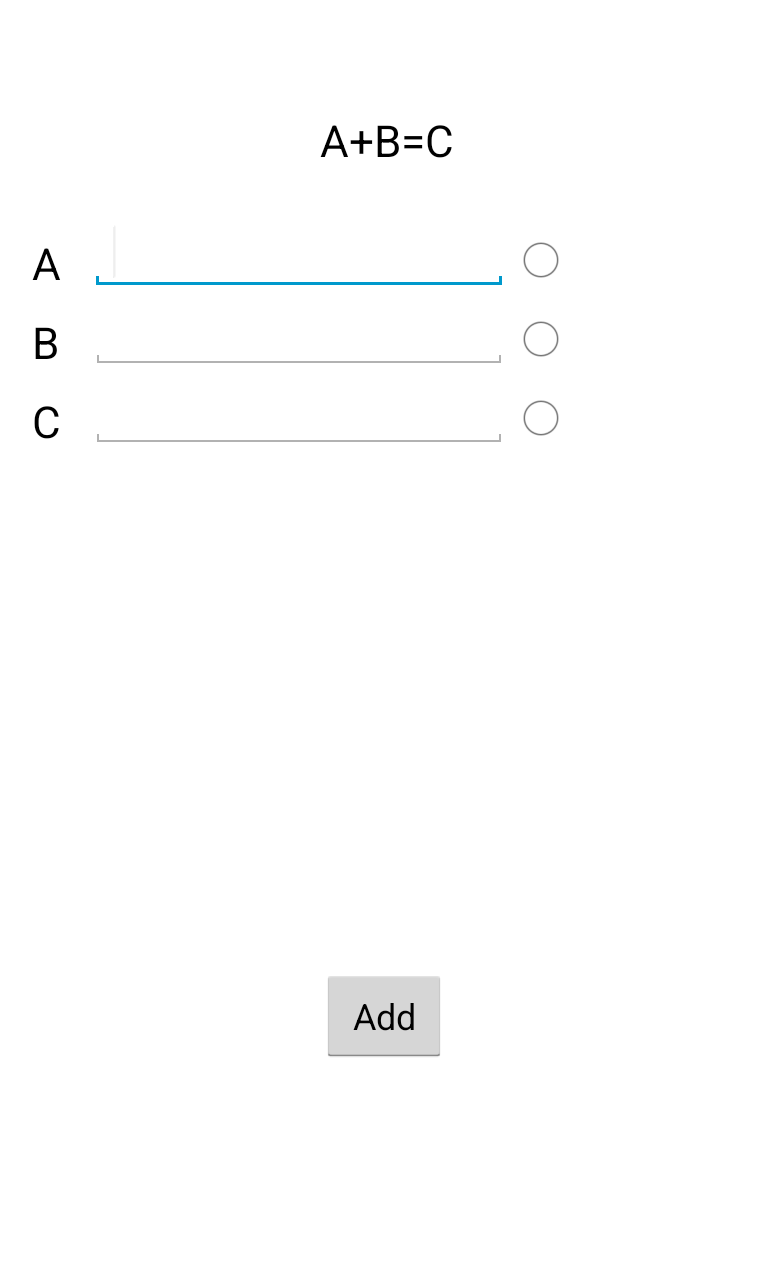
Repository: dtri123/Equation-Station
Layout: TheEquationStation/res/layout/addition_page.xml
These files come from the project's save history. The layout is drawn as it stood at one moment and after the next save; the edit follows.
It is drawn on a 768 x 1280 px phone screen (xhdpi) without system bars, with theme AppTheme; the app's code is not run.

Above is the layout before, as saved 2013-07-17 18:36:10.

### TheEquationStation/res/layout/addition_page.xml
<?xml version="1.0" encoding="utf-8"?>
<RelativeLayout xmlns:android="http://schemas.android.com/apk/res/android"
    xmlns:tools="http://schemas.android.com/tools"
    android:layout_width="match_parent"
    android:layout_height="match_parent"
    android:paddingBottom="@dimen/activity_vertical_margin"
    android:paddingLeft="@dimen/activity_horizontal_margin"
    android:paddingRight="@dimen/activity_horizontal_margin"
    android:paddingTop="@dimen/activity_vertical_margin"
    tools:context=".Addition_Page" >

     <Button
        android:id="@+id/button_add"
        android:layout_width="wrap_content"
        android:layout_height="wrap_content"
        android:layout_alignParentBottom="true"
        android:layout_centerHorizontal="true"
        android:layout_marginBottom="92dp"
        android:text="Add" />

    <EditText
        android:id="@+id/editText3"
        android:layout_width="wrap_content"
        android:layout_height="wrap_content"
        android:layout_alignLeft="@+id/editText2"
        android:layout_below="@+id/editText2"
        android:ems="10"
        android:inputType="numberDecimal" />

    <EditText
        android:id="@+id/editText2"
        android:layout_width="wrap_content"
        android:layout_height="wrap_content"
        android:layout_alignLeft="@+id/editText1"
        android:layout_below="@+id/editText1"
        android:ems="10"
        android:inputType="numberDecimal" />

    <TextView
        android:id="@+id/textView1"
        android:layout_width="wrap_content"
        android:layout_height="wrap_content"
        android:layout_alignLeft="@+id/button_add"
        android:layout_marginTop="39dp"
        android:text="A+B=C"
        android:textAppearance="?android:attr/textAppearanceLarge" />

    <EditText
        android:id="@+id/editText1"
        android:layout_width="wrap_content"
        android:layout_height="wrap_content"
        android:layout_below="@+id/textView1"
        android:layout_marginTop="22dp"
        android:layout_toRightOf="@+id/textView4"
        android:ems="10"
        android:inputType="numberDecimal" >

        <requestFocus />
    </EditText>

    <TextView
        android:id="@+id/textView4"
        android:layout_width="wrap_content"
        android:layout_height="wrap_content"
        android:layout_above="@+id/editText3"
        android:layout_marginRight="15dp"
        android:text="B"
        android:textAppearance="?android:attr/textAppearanceLarge" />

    <TextView
        android:id="@+id/TextView01"
        android:layout_width="wrap_content"
        android:layout_height="wrap_content"
        android:layout_alignBottom="@+id/editText3"
        android:layout_alignLeft="@+id/textView4"
        android:text="C"
        android:textAppearance="?android:attr/textAppearanceLarge" />

    <TextView
        android:id="@+id/textView3"
        android:layout_width="wrap_content"
        android:layout_height="wrap_content"
        android:layout_alignLeft="@+id/textView4"
        android:layout_alignBottom="@+id/editText1"
        android:text="A"
        android:textAppearance="?android:attr/textAppearanceLarge" />

    <RadioButton
        android:id="@+id/radioButtonA"
        android:layout_width="wrap_content"
        android:layout_height="wrap_content"
        android:layout_alignBottom="@+id/editText1"
        android:layout_toRightOf="@+id/editText1" />

    <RadioButton
        android:id="@+id/radioButtonB"
        android:layout_width="wrap_content"
        android:layout_height="wrap_content"
        android:layout_alignBottom="@+id/editText2"
        android:layout_toRightOf="@+id/editText2" />

    <RadioButton
        android:id="@+id/radioButtonSum"
        android:layout_width="wrap_content"
        android:layout_height="wrap_content"
        android:layout_alignBottom="@+id/editText3"
        android:layout_toRightOf="@+id/editText3" />

</RelativeLayout>

Loaded but not shown: TheEquationStation/res/values/styles.xml (common file); TheEquationStation/res/values-v11/styles.xml (common file); TheEquationStation/res/values-v14/styles.xml (common file); TheEquationStation/res/values/dimens.xml (common file)

After the next save:
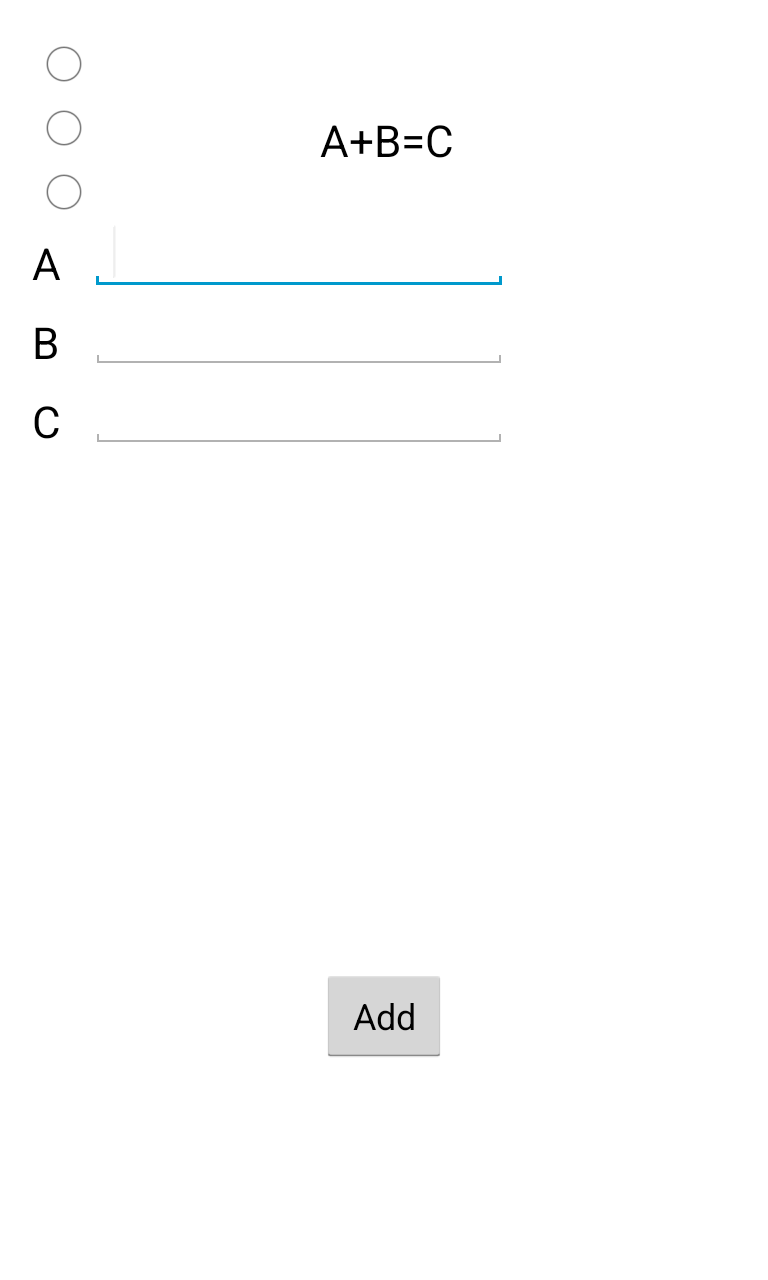
Saved 2 min 20 s later.
--- a/TheEquationStation/res/layout/addition_page.xml
+++ b/TheEquationStation/res/layout/addition_page.xml
@@ -84,26 +84,31 @@
         android:layout_alignBottom="@+id/editText1"
         android:text="A"
         android:textAppearance="?android:attr/textAppearanceLarge" />
+    <RadioGroup
+    android:id="@+id/group1"
+    android:layout_width="fill_parent"
+	android:layout_height="wrap_content"
+	android:orientation="vertical">
 
-    <RadioButton
-        android:id="@+id/radioButtonA"
-        android:layout_width="wrap_content"
-        android:layout_height="wrap_content"
-        android:layout_alignBottom="@+id/editText1"
-        android:layout_toRightOf="@+id/editText1" />
+	    <RadioButton
+	        android:id="@+id/radioButtonA"
+	        android:layout_width="wrap_content"
+	        android:layout_height="wrap_content"
+	        android:layout_alignBottom="@+id/editText1"
+	        android:layout_toRightOf="@+id/editText1" />
 
-    <RadioButton
-        android:id="@+id/radioButtonB"
-        android:layout_width="wrap_content"
-        android:layout_height="wrap_content"
-        android:layout_alignBottom="@+id/editText2"
-        android:layout_toRightOf="@+id/editText2" />
+	    <RadioButton
+	        android:id="@+id/radioButtonB"
+	        android:layout_width="wrap_content"
+	        android:layout_height="wrap_content"
+	        android:layout_alignBottom="@+id/editText2"
+	        android:layout_toRightOf="@+id/editText2" />
 
-    <RadioButton
-        android:id="@+id/radioButtonSum"
-        android:layout_width="wrap_content"
-        android:layout_height="wrap_content"
-        android:layout_alignBottom="@+id/editText3"
-        android:layout_toRightOf="@+id/editText3" />
-
+	    <RadioButton
+	        android:id="@+id/radioButtonSum"
+	        android:layout_width="wrap_content"
+	        android:layout_height="wrap_content"
+	        android:layout_alignBottom="@+id/editText3"
+	        android:layout_toRightOf="@+id/editText3" />
+</RadioGroup>
 </RelativeLayout>
